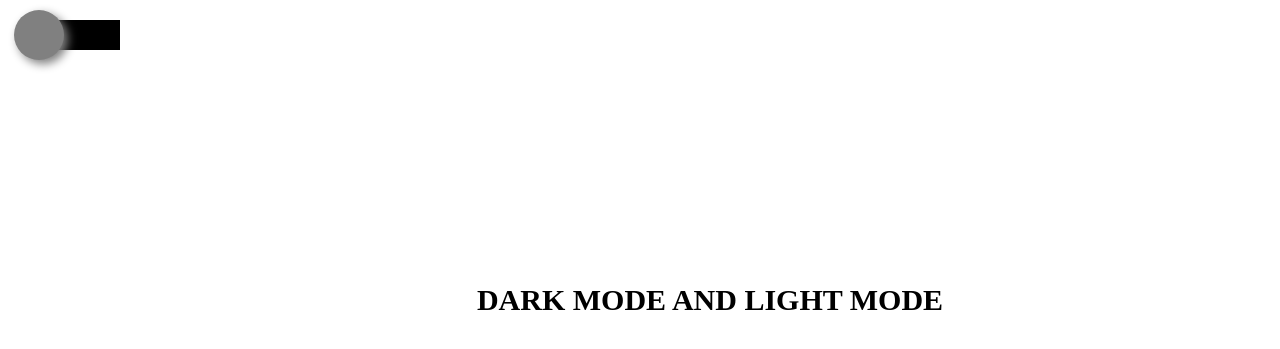
Repository: Eugene44-hub/darkmode-lightmode
Page: index.html
These files come from the project's save history. The page is drawn as it stood at one moment and after the next save; the edit follows.
The browser window is 1280 px wide. The pictures show the whole page.
After loading, the first visible `div.circle` was clicked once.

Above is the page before, as saved 2021-09-13 01:33:48.

### index.html
<!DOCTYPE html>
<html lang="en">

<head>
    <meta charset="UTF-8">
    <meta http-equiv="X-UA-Compatible" content="IE=edge">
    <meta name="viewport" content="width=device-width, initial-scale=1.0">
    <title>Document</title>
    <link rel="stylesheet" href="style.css">
</head>

<body>
    <div class="box">
        <div class="circle"></div>
    </div>

    <p>Dark Mode and Light mode</p>
    <!-- <div class="square"></div>
    <div class="circle"></div> -->
    <script src="app.js"></script>
</body>

</html>

### style.css
  * {
      padding: 0;
      margin: 0;
      box-sizing: border-box;
  }

  body {
      display: flex;
      height: 600px;
  }

  p {
      margin: auto;
      font-size: 30px;
      font-weight: bold;
      text-transform: uppercase;
  }

  .box {
      background-color: black;
      height: 30px;
      width: 100px;
      position: relative;
      margin: 20px;
  }

  .circle {
      top: -10px;
      background-color: grey;
      height: 50px;
      width: 50px;
      box-shadow: 4px 4px 10px grey;
      border-radius: 50%;
      position: absolute;
      left: -6px;
  }

### app.js
const circle = document.querySelector('.circle');

circle.addEventListener('click', e => {
    if (circle.style.left == '-6px') {
        document.body.style.backgroundColor = 'black';
        circle.style.left = '50px'
    } else {
        circle.style.left = '-6px'

    }
})

After the next save:
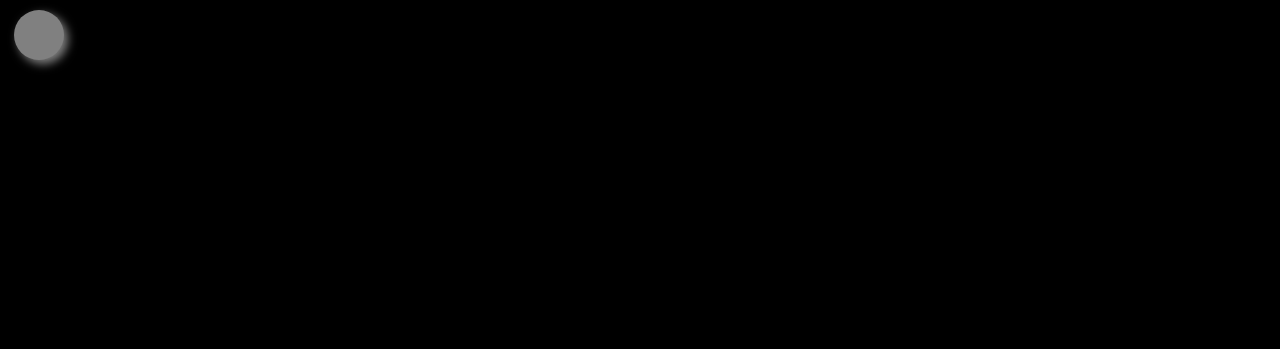
Saved 6 s later.
--- a/app.js
+++ b/app.js
@@ -6,6 +6,6 @@
         circle.style.left = '50px'
     } else {
         circle.style.left = '-6px'
-
+        document.body.style.backgroundColor = 'black';
     }
 })

After the save that followed:
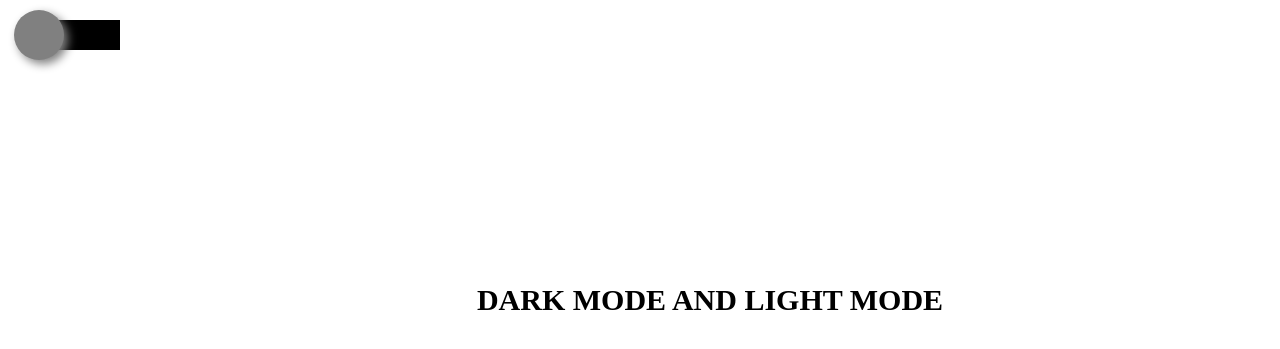
Saved 7 s later.
--- a/app.js
+++ b/app.js
@@ -6,6 +6,6 @@
         circle.style.left = '50px'
     } else {
         circle.style.left = '-6px'
-        document.body.style.backgroundColor = 'black';
+        document.body.style.backgroundColor = 'white';
     }
 })
